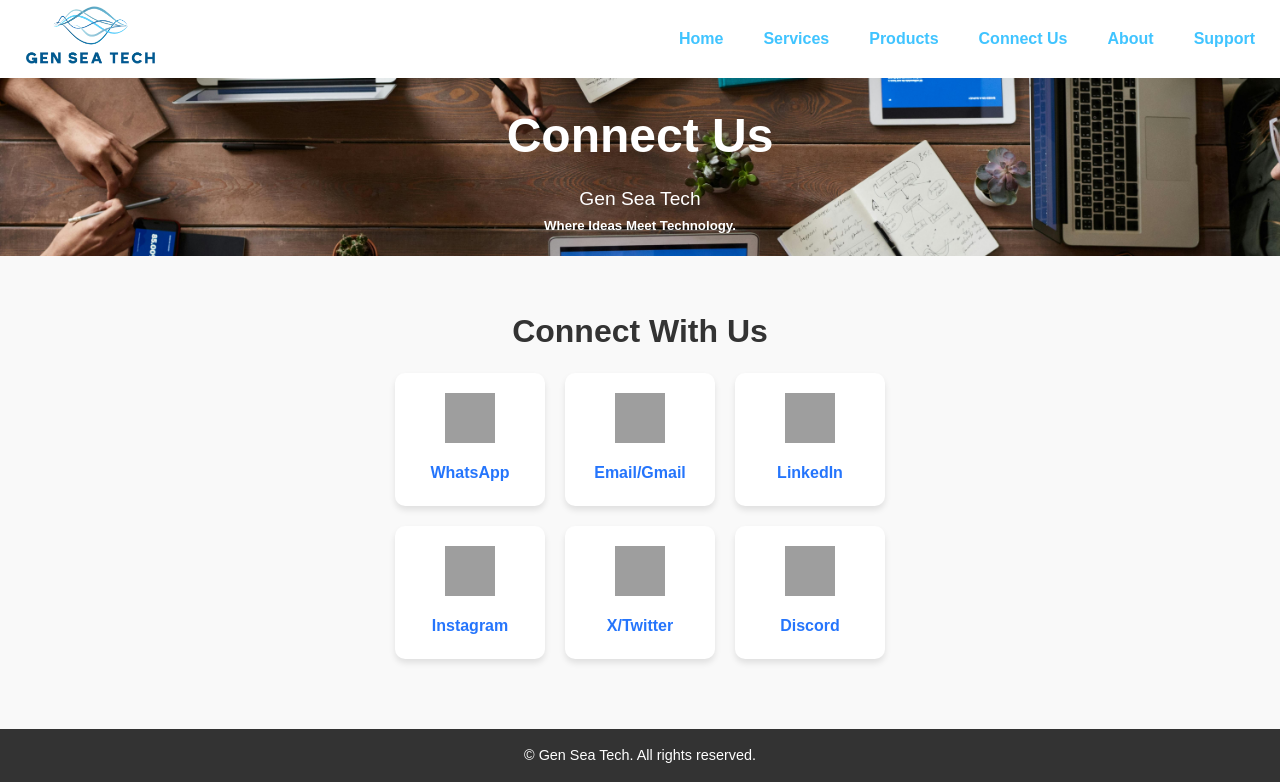
Repository: aniketkhatawkar/Gen_Sea_Tech
Page: http://localhost/GenSeaTech/connectus.jsp
An editor plug-in stored every save of this project. The page is shown before and after the next save, followed by the edit.
The browser window is 1280 px wide. The pictures show the whole page.
Pictures or frames that could not be fetched are drawn as grey boxes. The page is served by Tomcat 10.

Above is the page before, as saved 2024-12-14 09:03:03.

After the next save:
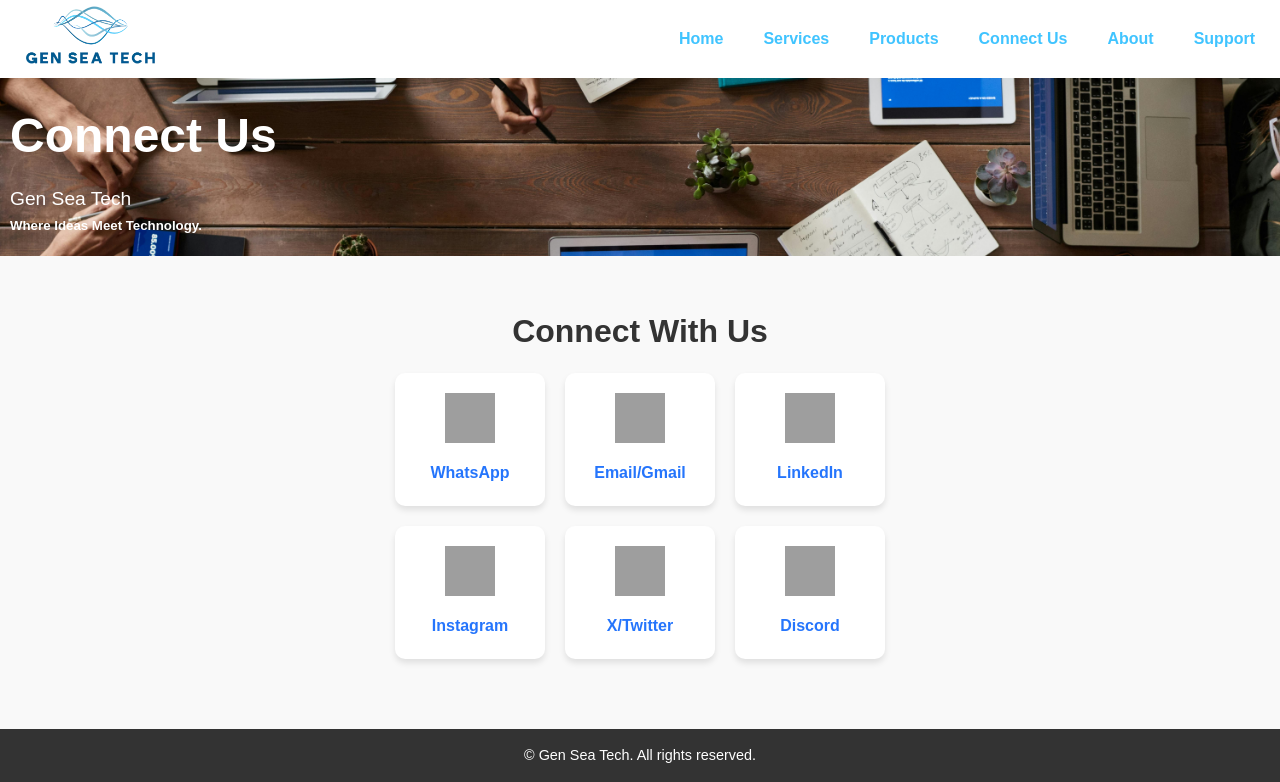
Saved 50 s later.
--- a/GenSeaTech/src/main/webapp/connectus.jsp
+++ b/GenSeaTech/src/main/webapp/connectus.jsp
@@ -24,6 +24,7 @@
     background-size: cover;
     color: white;
     padding: 20px 10px;
+    object-fit: cover
     text-align: center;
 }
 

After the save that followed:
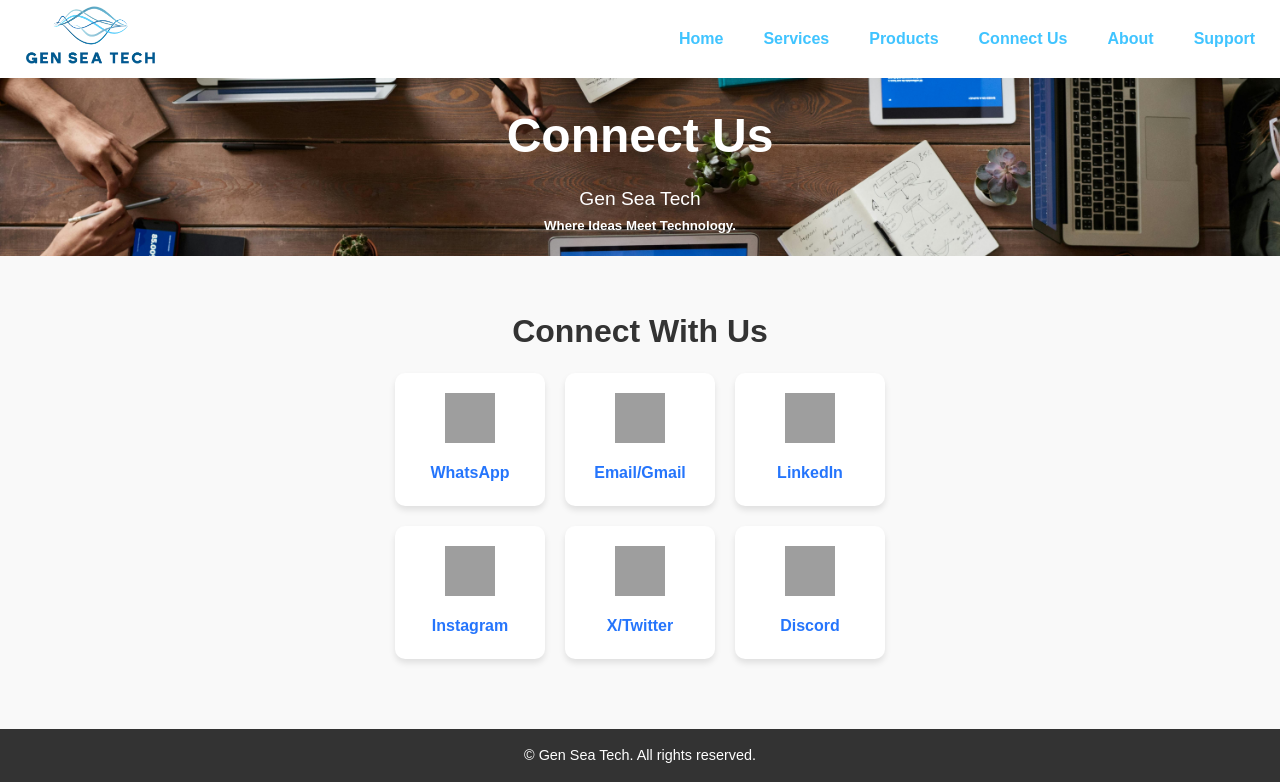
Saved 8 s later.
--- a/GenSeaTech/src/main/webapp/connectus.jsp
+++ b/GenSeaTech/src/main/webapp/connectus.jsp
@@ -24,7 +24,7 @@
     background-size: cover;
     color: white;
     padding: 20px 10px;
-    object-fit: cover
+    object-fit: cover;
     text-align: center;
 }
 
